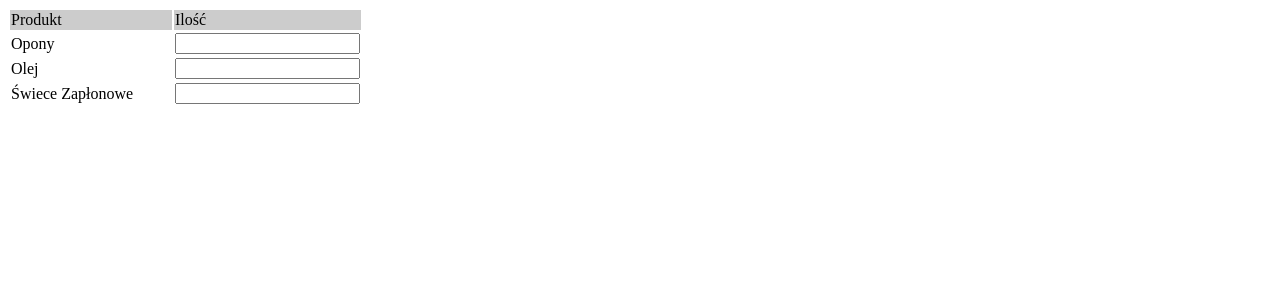
Repository: gabr/workspace
Page: php 001 - formularz/formularz.html
These files come from the project's save history. The page is drawn as it stood at one moment and after the next save; the edit follows.
The browser window is 1280 px wide. The pictures show the whole page.

Above is the page before, as saved 2013-02-22 21:16:19.

After the next save:
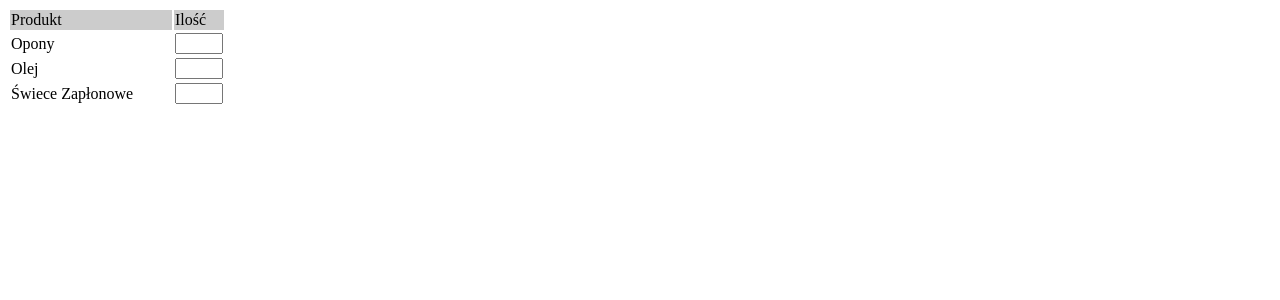
Saved 17 s later.
--- a/php 001 - formularz/style.css
+++ b/php 001 - formularz/style.css
@@ -12,6 +12,6 @@
 	width: 10em;
 }
 
-tr > td:nth-child(2) {
-	width: 2em;
+input {
+	width: 3em;
 }

After the 2 saves that followed:
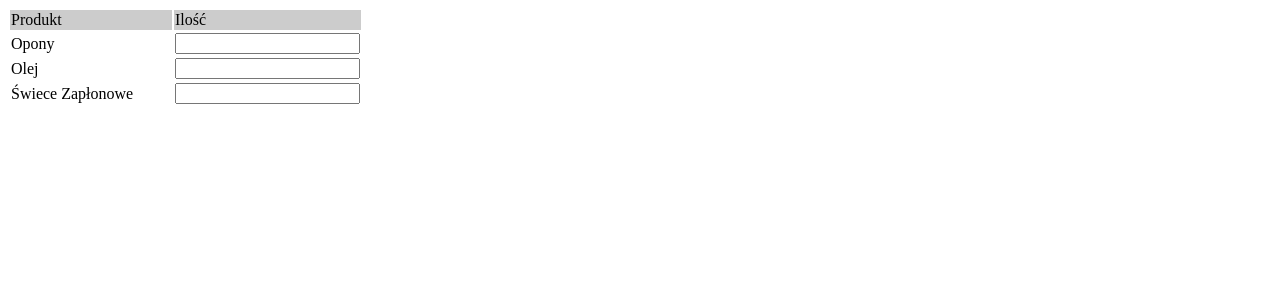
The 2 saves are shown as one change because 1 left the picture as it was.
The last was saved 9 s later.
--- a/php 001 - formularz/style.css
+++ b/php 001 - formularz/style.css
@@ -13,5 +13,6 @@
 }
 
 input {
-	width: 3em;
+	//width: 3em;
+	size: 3;
 }
